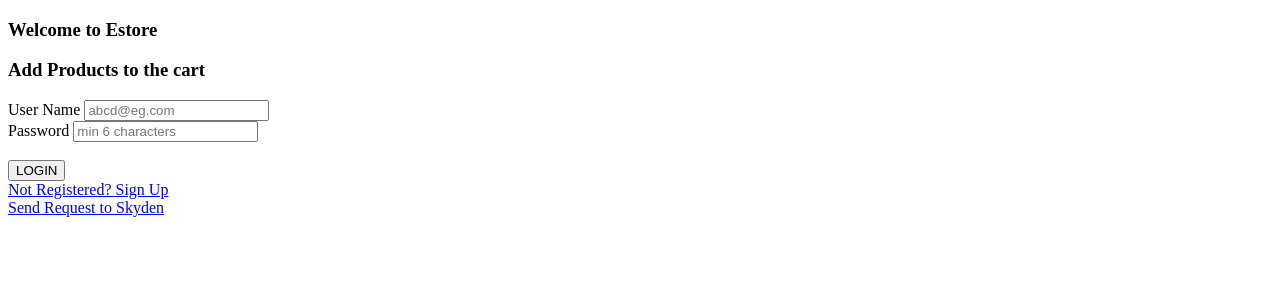
Repository: harshithkandula/Myfirstpractice
Page: Estore/src/main/webapp/addproduct.html
An editor plug-in stored every save of this project. The page is shown before and after the next save, followed by the edit.
The browser window is 1280 px wide. The pictures show the whole page.

Above is the page before, as saved 2024-02-06 14:49:48.

### Estore/src/main/webapp/addproduct.html
<!DOCTYPE html>
<html>
<head>
<meta charset="ISO-8859-1">
<title>Add Product</title>
</head>
<body>
      <h3>Welcome to Estore</h3>
      <h3>Add Products to the cart</h3>
     <form>
          <label>User Name</label>
          <input type="text" name="txtemail" placeholder="abcd@eg.com"/><br>
          <label>Password</label>
          <input type="password" name="txtpwd" placeholder="min 6 characters"><br>
          <input type="hidden" value="login" name="txtType"><br>
          <input type="submit" value="LOGIN" ><br>
          <a href="register.html">Not Registered? Sign Up</a><br>
          <a href="Home">Send Request to Skyden</a>
     </form>
</body>
</html>

After the next save:
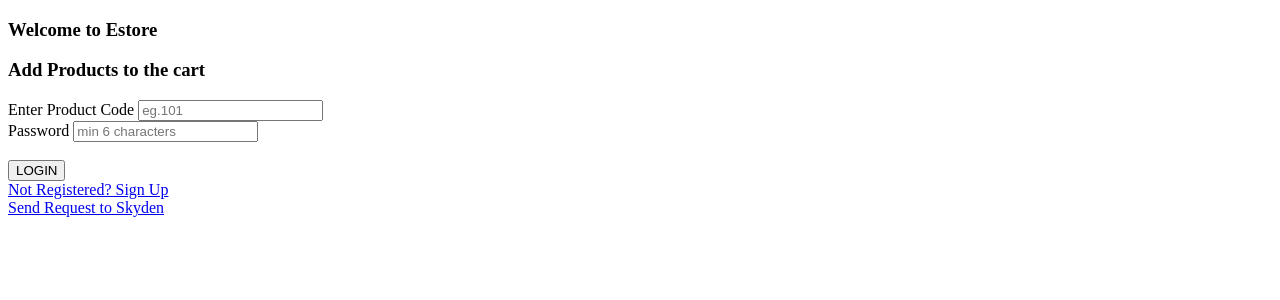
Saved 85 s later.
--- a/Estore/src/main/webapp/addproduct.html
+++ b/Estore/src/main/webapp/addproduct.html
@@ -8,8 +8,8 @@
       <h3>Welcome to Estore</h3>
       <h3>Add Products to the cart</h3>
      <form>
-          <label>User Name</label>
-          <input type="text" name="txtemail" placeholder="abcd@eg.com"/><br>
+          <label>Enter Product Code</label>
+          <input type="text" name="txtcode" placeholder="eg.101"/><br>
           <label>Password</label>
           <input type="password" name="txtpwd" placeholder="min 6 characters"><br>
           <input type="hidden" value="login" name="txtType"><br>
